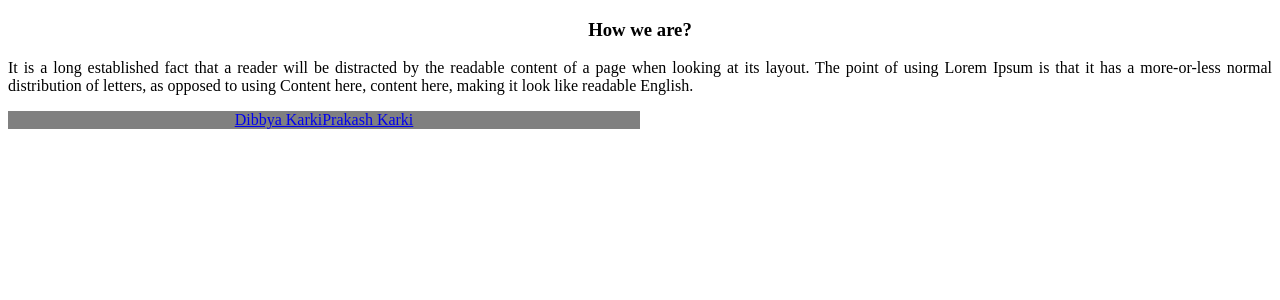
Repository: Dibbya65/Django-Basic
Page: http://localhost/about/
An editor plug-in stored every save of this project. The page is shown before and after the next save, followed by the edit.
The browser window is 1280 px wide. The pictures show the whole page.
The page is served by the project's application, run on Django 3.2 (manage.py).

Above is the page before, as saved 2021-11-14 03:09:26.

After the next save:
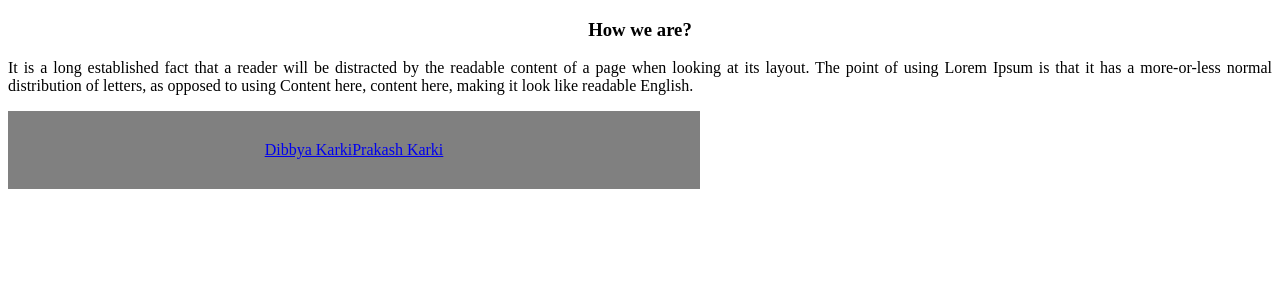
Saved 17 s later.
--- a/base/templates/base/about.html
+++ b/base/templates/base/about.html
@@ -6,7 +6,7 @@
 <h3 style="text-align:center">{{about_page_title}}</h3>
 <p style="text-align:justify">{{about_page_description}}</p>
 {%if teams %}
-<div style="width:50%;display:flex;justify-content:center;align-items:center;background-color:gray;">
+<div style="width:50%;display:flex;justify-content:center;align-items:center;background-color:gray;padding:30px;">
 {%for team in teams %}
     <a href="{% url 'about-detail' team.id %}">{{ team.name}}</a>
 {%endfor%}
